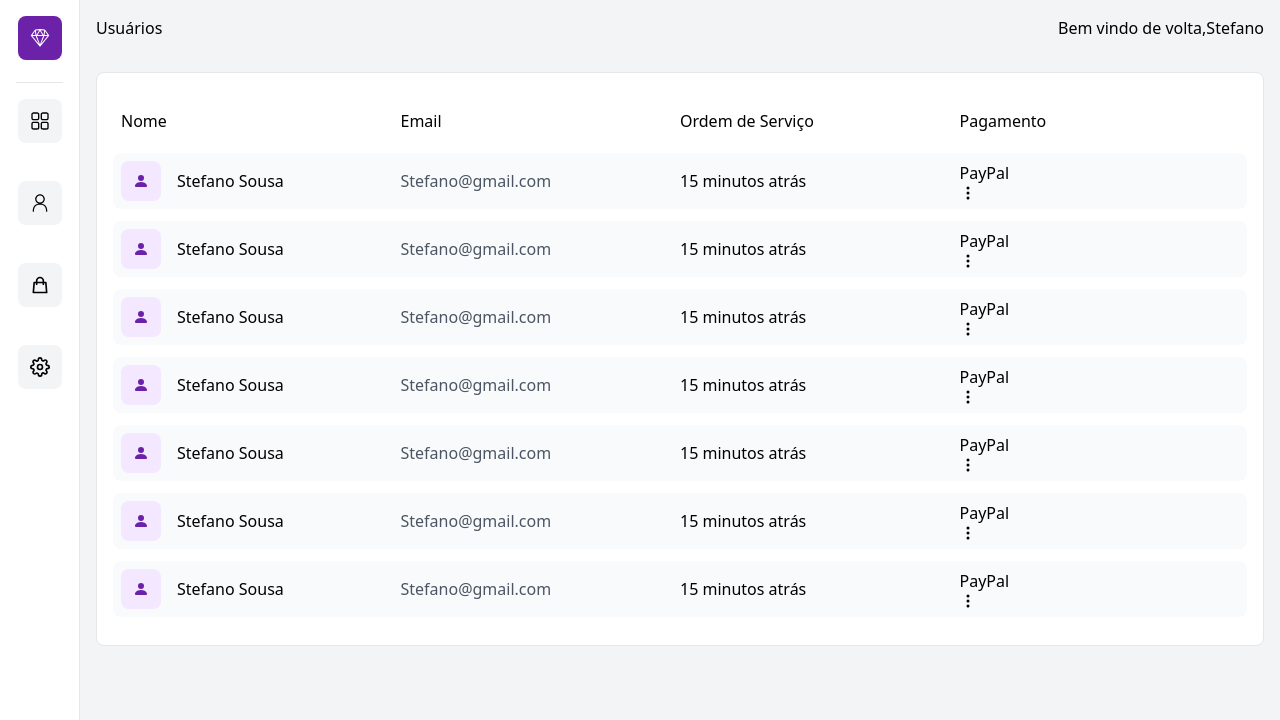
Repository: stefanosousaa/dashboard-next13
Page: /costumers
An editor plug-in stored every save of this project. The page is shown before and after the next save, followed by the edit.
The browser window is 1280 px wide. The pictures show the whole page.
The project was rebuilt for these pictures with package versions that can differ from the ones it lists, and the page was loaded fresh each time. The framework's server and built-in components were replaced by stand-ins that run in the browser. Also part of the build but not shown: next.config.js.

Above is the page before, as saved 2023-05-16 19:37:27.

### pages/_app.js
import Sidebar from '@/components/Sidebar'
import '@/styles/globals.css'

export default function App({ Component, pageProps }) {
  return (
    <Sidebar>
        <Component {...pageProps} />
    </Sidebar>

  )
}

### pages/costumers.jsx
import React from 'react'
import {BsPersonFill, BsThreeDotsVertical} from 'react-icons/bs'
import {data} from '../data/data.js'

const costumers = () => {
  return (
    <div className='bg-gray-100 min-h-screen'>
        <div className='flex justify-between p-4'>
            <h2>Usuários</h2>
            <h2>Bem vindo de volta,Stefano</h2>
        </div>
        <div className='p-4'>
            <div className='w-full m-auto p-4 border rounded-lg bg-white overflow-y-auto'>
              <div className='my-3 p-2 grid md:grid-cols-4 sm:grid-cols-3 grid-cols-2 items-center justify-between cursor-pointer'>
                <span>Nome</span>
                <span className='sm:text-left text-right'>Email</span>
                <span className='hidden md:grid'>Ordem de Serviço</span>
                <span className='hidden sm:grid'>Pagamento </span>
              </div>
              <ul>
                {data.map((order,id) => (
                    <li key={id} className='bg-gray-50 hover:bg-gray-100 rounded-lg my-3 p-2 grid md:grid-cols-4 sm:grid-cols-3 grid-cols-2 items-center justify-between cursor-pointer'>
                      <div className='flex items-center'>
                          <div className='bg-purple-100 p-3 rounded-lg'>
                             <BsPersonFill className='text-purple-800'/>
                           </div>
                           <p className='pl-4'>{order.name.first + ' ' + order.name.last}</p>
                      </div>
                      <p className='text-gray-600 sm:text-left text-right'>{order.name.first}@gmail.com</p>
                      <p className='hidden md:flex'>{order.date}</p>
                      <div>
                        <p>{order.method}</p>
                        <BsThreeDotsVertical/>
                      </div>
                    </li>
                ))}
              </ul>
            </div>
        </div>
    </div>
  )
}

export default costumers

### components/Sidebar.jsx
import Link from 'next/link'
import Image from 'next/image'
import React from 'react'
import {RxSketchLogo,RxDashboard, RxPerson} from 'react-icons/rx'
import {FiSettings} from 'react-icons/fi'
import {HiOutlineShoppingBag} from 'react-icons/hi'

const Sidebar = ({children}) => {
  return (
    <div className='flex'>
        <div className='fixed w-20 h-screen p-4 bg-white border-r-[1px] flex flex-col justify-between'>
        <div className='flex flex-col items-center'>

          <Link href='/'>
            <div className='bg-purple-800 text-white p-3 rounded-lg inline-block'>
              <RxSketchLogo size={20}/>
            </div>
          </Link>
          <span className='border-b-[1px] border-gray-200 w-full p-2'></span>
          <Link href='/'>
            <div className='bg-gray-100 hover:bg-gray-200 cursor-pointer my-4 p-3 rounded-lg inline-block'>
              <RxDashboard size={20}/>
            </div>
          </Link>
          <Link href='/costumers'>
            <div className='bg-gray-100 hover:bg-gray-200 cursor-pointer my-4 p-3 rounded-lg inline-block'>
              <RxPerson size={20}/>
            </div>
          </Link>
          <Link href='/orders'>
            <div className='bg-gray-100 hover:bg-gray-200 cursor-pointer my-4 p-3 rounded-lg inline-block'>
              <HiOutlineShoppingBag size={20}/>
            </div>
          </Link>
          <Link href='/'>
            <div className='bg-gray-100 hover:bg-gray-200 cursor-pointer my-4 p-3 rounded-lg inline-block'>
              <FiSettings size={20}/>
            </div>
          </Link>
        </div>
        </div>

        <main className='ml-20 w-full'>{children}</main>
    </div>
  )
}

export default Sidebar

### data/data.js
export const data = [
    {
        id:1,
        name: {
            first: 'Stefano',
            last: 'Sousa',
        },
        total: 2147.00,
        status: 'On Hold',
        method: 'PayPal',
        date: '15 minutos atrás',
    },
    {
        id:2,
        name: {
            first: 'Stefano',
            last: 'Sousa',
        },
        total: 2147.00,
        status: 'On Hold',
        method: 'PayPal',
        date: '15 minutos atrás',
    },
    {
        id:3,
        name: {
            first: 'Stefano',
            last: 'Sousa',
        },
        total: 2147.00,
        status: 'On Hold',
        method: 'PayPal',
        date: '15 minutos atrás',
    },
    {
        id:4,
        name: {
            first: 'Stefano',
            last: 'Sousa',
        },
        total: 2147.00,
        status: 'On Hold',
        method: 'PayPal',
        date: '15 minutos atrás',
    },
    {
        id:5,
        name: {
            first: 'Stefano',
            last: 'Sousa',
        },
        total: 2147.00,
        status: 'On Hold',
        method: 'PayPal',
        date: '15 minutos atrás',
    },
    {
        id:6,
        name: {
            first: 'Stefano',
            last: 'Sousa',
        },
        total: 2147.00,
        status: 'On Hold',
        method: 'PayPal',
        date: '15 minutos atrás',
    },
    {
        id:7,
        name: {
            first: 'Stefano',
            last: 'Sousa',
        },
        total: 2147.00,
        status: 'On Hold',
        method: 'PayPal',
        date: '15 minutos atrás',
    },
]

Loaded but not shown: pages/_document.js (common file); pages/api/hello.js (common file); styles/globals.css (common file); tailwind.config.js (common file)

After the next save:
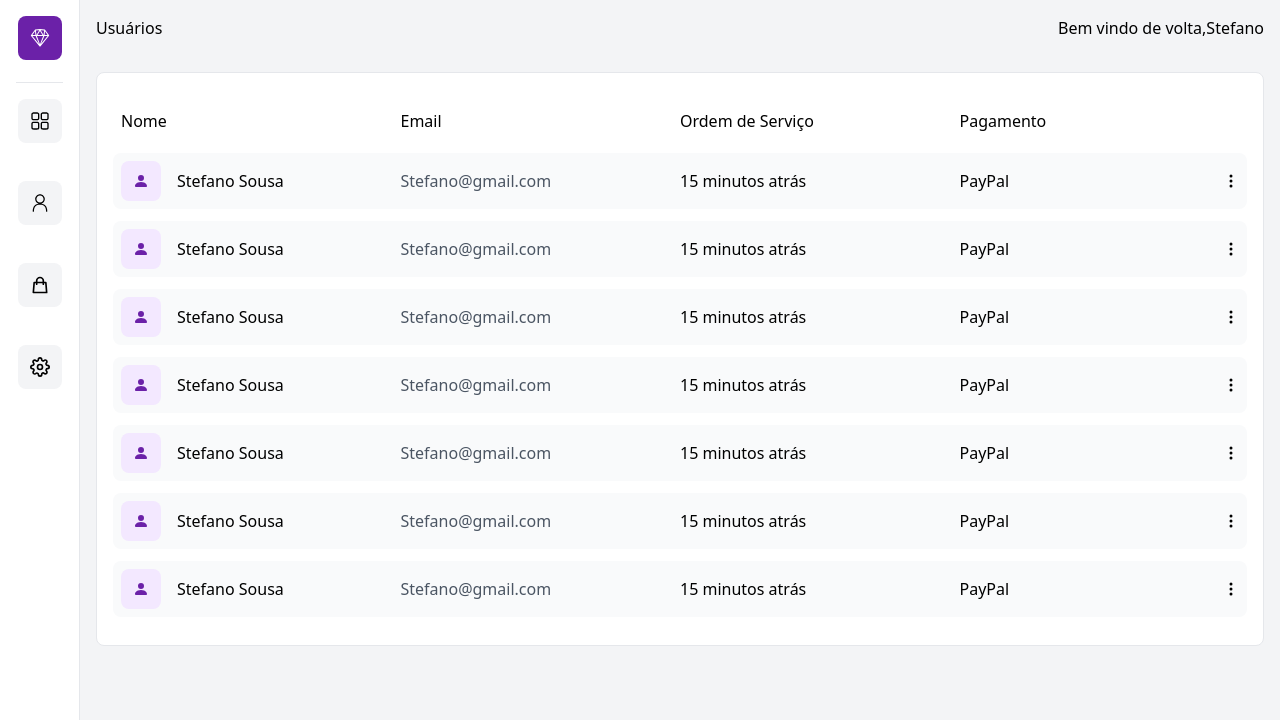
Saved 45 s later.
--- a/pages/costumers.jsx
+++ b/pages/costumers.jsx
@@ -28,7 +28,7 @@ const costumers = () => {
                       </div>
                       <p className='text-gray-600 sm:text-left text-right'>{order.name.first}@gmail.com</p>
                       <p className='hidden md:flex'>{order.date}</p>
-                      <div>
+                      <div className='sm:flex hidden justify-between items-center'>
                         <p>{order.method}</p>
                         <BsThreeDotsVertical/>
                       </div>
